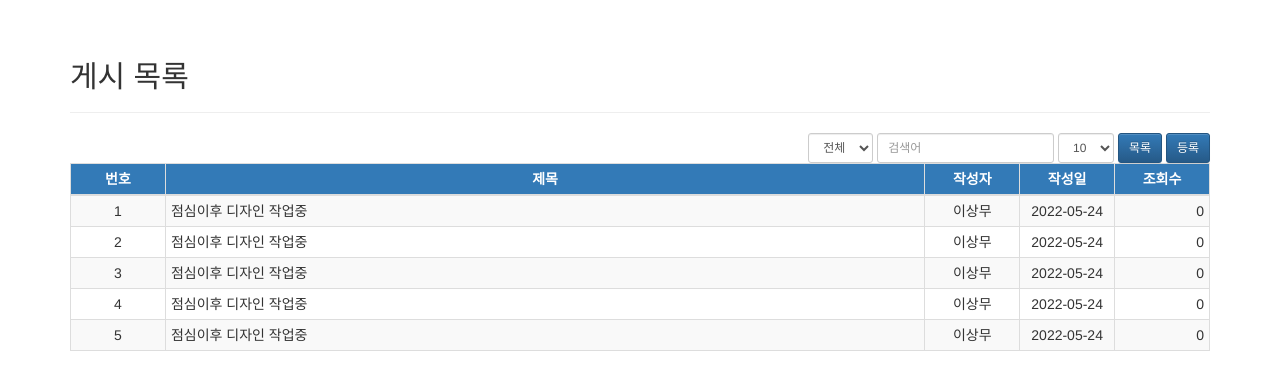
Repository: dongseon-git/WEB_JSP
Page: workspace/studyhtml5/WebContent/bootstrap/boot_list.html
The author's editor kept a copy of each file at every save. The page is drawn from the files as they stood at one save, then again after the next save.
The browser window is 1280 px wide. The pictures show the whole page.

Above is the page before, as saved 2022-05-24 06:38:38.

After the next save:
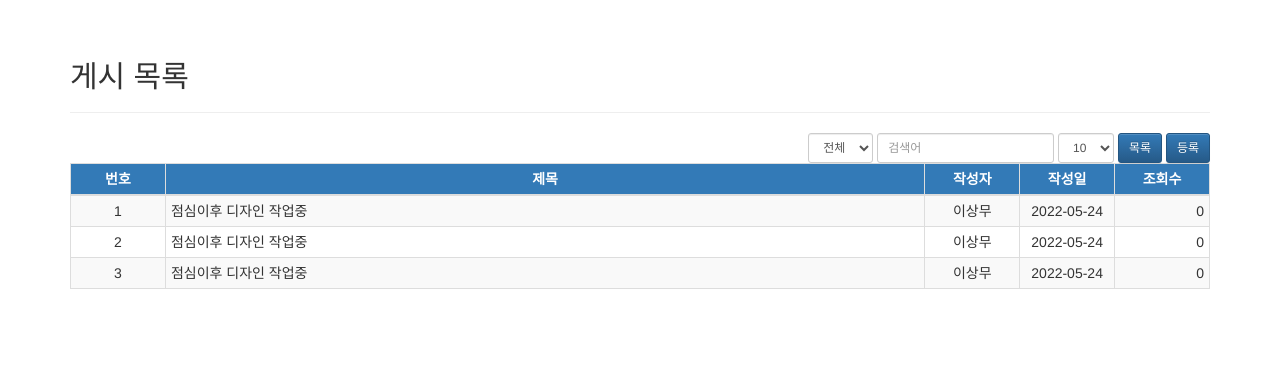
Saved 43 s later.
--- a/workspace/studyhtml5/WebContent/bootstrap/boot_list.html
+++ b/workspace/studyhtml5/WebContent/bootstrap/boot_list.html
@@ -88,20 +88,7 @@
     <td class="text-center col-sm-2 col-md-2 col-lg-1">2022-05-24</td>
     <td class="text-right col-sm-1 col-md-1 col-lg-1">0</td>
     </tr>
-    <tr>
-    <td class="text-center col-sm-1 col-md-1 col-lg-1">4</td>
-    <td class="text-left col-sm-6 col-md-6 col-lg-8">점심이후 디자인 작업중</td>
-    <td class="text-center col-sm-2 col-md-2 col-lg-1">이상무</td>
-    <td class="text-center col-sm-2 col-md-2 col-lg-1">2022-05-24</td>
-    <td class="text-right col-sm-1 col-md-1 col-lg-1">0</td>
-    </tr>
-    <tr>
-    <td class="text-center col-sm-1 col-md-1 col-lg-1">5</td>
-    <td class="text-left col-sm-6 col-md-6 col-lg-8">점심이후 디자인 작업중</td>
-    <td class="text-center col-sm-2 col-md-2 col-lg-1">이상무</td>
-    <td class="text-center col-sm-2 col-md-2 col-lg-1">2022-05-24</td>
-    <td class="text-right col-sm-1 col-md-1 col-lg-1">0</td>
-    </tr>
+
    </tbody>
     </table>
     </div>
